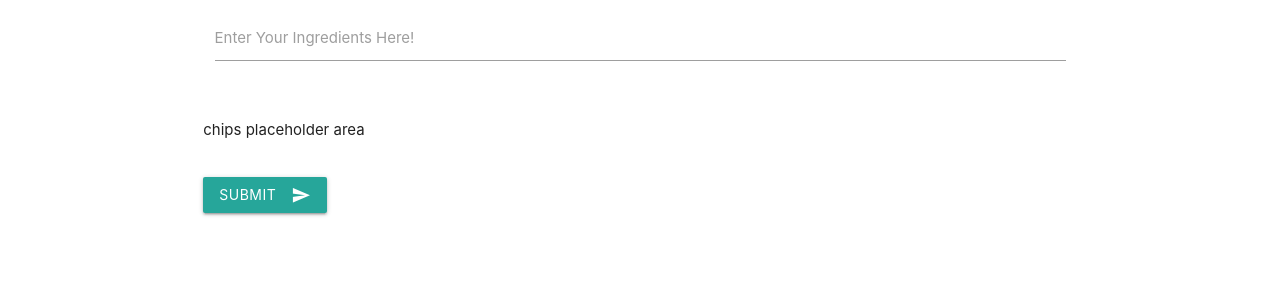
Repository: Aaron-R-Carter/Project1
Page: prototype.html
An editor plug-in stored every save of this project. The page is shown before and after the next save, followed by the edit.
The browser window is 1280 px wide. The pictures show the whole page.

Above is the page before, as saved 2019-11-02 10:13:24.
Console error: SyntaxError: Unexpected token '<'

### prototype.html
<!DOCTYPE html>
<html>

<head>
    <!--Import Google Icon Font-->
    <link href="https://fonts.googleapis.com/icon?family=Material+Icons" rel="stylesheet">
    <!--Import materialize.css-->
    <link rel="stylesheet" href="https://cdnjs.cloudflare.com/ajax/libs/materialize/1.0.0/css/materialize.min.css">
    <link rel="stylesheet" href="./prototype.css">
    <!--Let browser know website is optimized for mobile-->
    <meta name="viewport" content="width=device-width, initial-scale=1.0" />

</head>

<body>
    <div class="container" id="main-forms-container">
        <div class="row" id="form-row">
            <div class="col s12" id="form-column">
                <div class="input-field col s12">
                    <!-- <i class="material-icons prefix">textsms</i> -->
                    <input type="text" id="autocomplete-input" class="autocomplete">
                    <label for="autocomplete-input">Enter Your Ingredients Here!</label>
                </div>
            </div>
        </div>
        <div class="row" id="chips-row">
            <div class="col s12" id="chips-column">
                <p>chips placeholder area</p>
            </div>
        </div>

        <div class="row" id="submit-row">
            <div class="col s12" id="submit-column">
                <button class="btn waves-effect waves-light" type="submit" name="action">Submit
                    <i class="material-icons right">send</i>
                </button>
            </div>
        </div>
    </div>

    <script src="https://code.jquery.com/jquery-3.4.1.min.js"
        integrity="sha256-CSXorXvZcTkaix6Yvo6HppcZGetbYMGWSFlBw8HfCJo=" crossorigin="anonymous"></script>
    <script src="https://cdnjs.cloudflare.com/ajax/libs/materialize/1.0.0/js/materialize.min.js"></script>
    <script src="./script.js"></script>

</body>

</html>

### prototype.css
#form-page {
    width: 100%;
}

.label {
    font-size: 15px;
}

### script.js

    <div id="left-box">
    <form id="ingredient-form">
        <label for="ingredient-input">List of Ingredients:</label>
        <br>
        <input type="text" id="ingredient-input" placeholder="Ingredients">

        <!-- Button will trigger new ingredients to be added -->
        <input id="add " class="btn btn-primary mb-2" type="submit" value="Add a zipcode">
    </form>

    <div id="zipcode-view"></div>
</div>

After the next save:
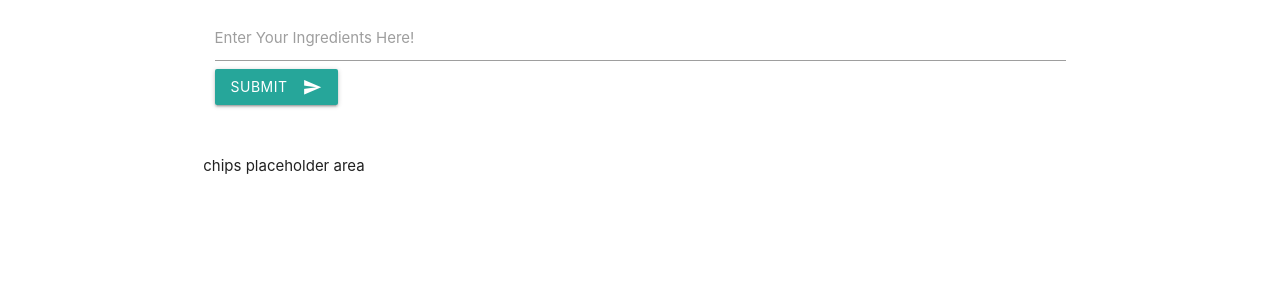
Saved 16 min 57 s later.
--- a/prototype.html
+++ b/prototype.html
@@ -15,13 +15,18 @@
 <body>
     <div class="container" id="main-forms-container">
         <div class="row" id="form-row">
-            <div class="col s12" id="form-column">
+            <form class="col s12" id="form-column">
                 <div class="input-field col s12">
                     <!-- <i class="material-icons prefix">textsms</i> -->
-                    <input type="text" id="autocomplete-input" class="autocomplete">
+                    <input type="text" id="ingredients-input" class="autocomplete">
                     <label for="autocomplete-input">Enter Your Ingredients Here!</label>
+                <br>
+                    <button class="btn waves-effect waves-light" type="submit" name="action">Submit
+                    <i class="material-icons right">send</i>
+                </button>
+
                 </div>
-            </div>
+            </form>
         </div>
         <div class="row" id="chips-row">
             <div class="col s12" id="chips-column">
@@ -31,9 +36,9 @@
 
         <div class="row" id="submit-row">
             <div class="col s12" id="submit-column">
-                <button class="btn waves-effect waves-light" type="submit" name="action">Submit
+                <!-- <button class="btn waves-effect waves-light" type="submit" name="action">Submit
                     <i class="material-icons right">send</i>
-                </button>
+                </button> -->
             </div>
         </div>
     </div>
